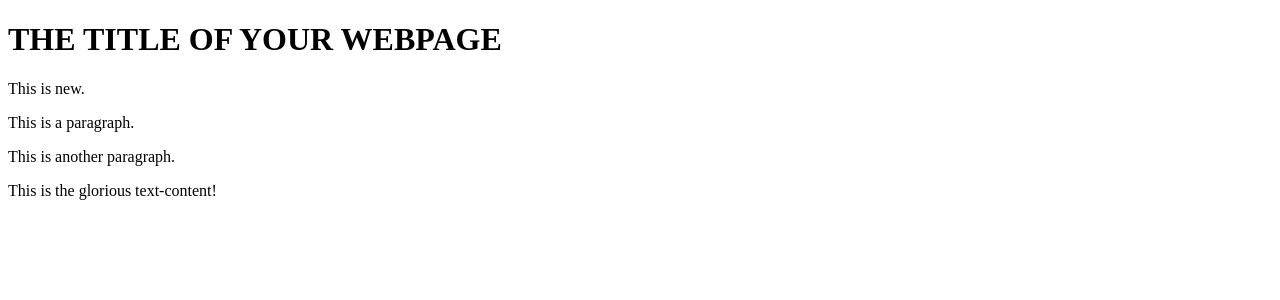
Repository: jnguyen113/DOM-Manipulation
Page: index.html
The author's editor kept a copy of each file at every save. The page is drawn from the files as they stood at one save, then again after the next save.
The browser window is 1280 px wide. The pictures show the whole page.

Above is the page before, as saved 2020-06-11 19:30:45.

### index.html
<!DOCTYPE html>
<html>
    <body>
        <h1>
            THE TITLE OF YOUR WEBPAGE
        </h1>
        <div id="div1">
            <p id="p1">This is a paragraph.</p>
            <p id="p2">This is another paragraph.</p>
          </div>

          <script>

          var para = document.createElement("p");
          var node = document.createTextNode("This is new.");
          para.appendChild(node);

          var element = document.getElementById("div1");
          var child = document.getElementById("p1");
          element.insertBefore(para, child);
          </script>

        <div id="container">
            <div class="content">
                This is the glorious text-content!
            </div>
        </div>
    </body>
    <!--<script src="main.js"></script> -->
</html>

After the next save:
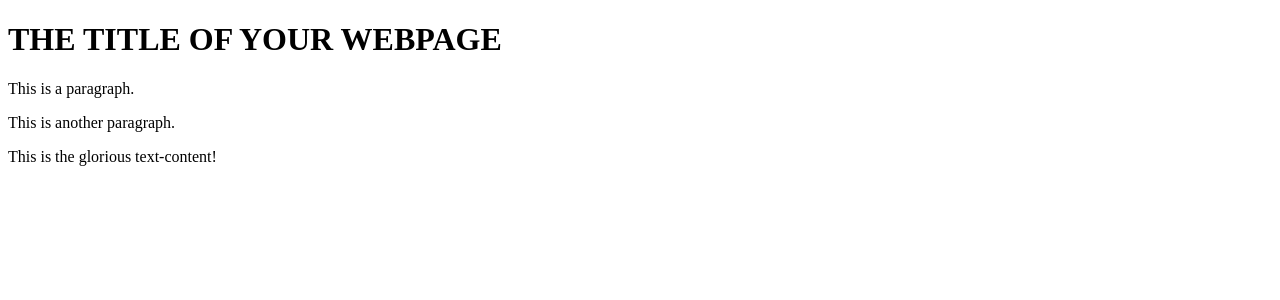
Saved 110 s later.
--- a/index.html
+++ b/index.html
@@ -9,16 +9,7 @@
             <p id="p2">This is another paragraph.</p>
           </div>
 
-          <script>
 
-          var para = document.createElement("p");
-          var node = document.createTextNode("This is new.");
-          para.appendChild(node);
-
-          var element = document.getElementById("div1");
-          var child = document.getElementById("p1");
-          element.insertBefore(para, child);
-          </script>
 
         <div id="container">
             <div class="content">

After the 2 saves that followed:
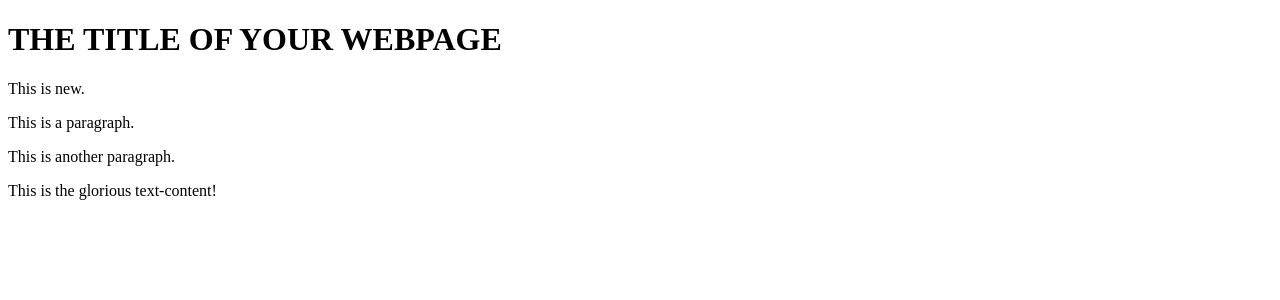
The 2 saves are shown as one change because they came seconds apart.
The last was saved 8 s later.
--- a/index.html
+++ b/index.html
@@ -19,3 +19,13 @@
     </body>
     <!--<script src="main.js"></script> -->
 </html>
+<script>
+
+    var para = document.createElement("p");
+    var node = document.createTextNode("This is new.");
+    para.appendChild(node);
+
+    var element = document.getElementById("div1");
+    var child = document.getElementById("p1");
+    element.insertBefore(para, child);
+</script>
